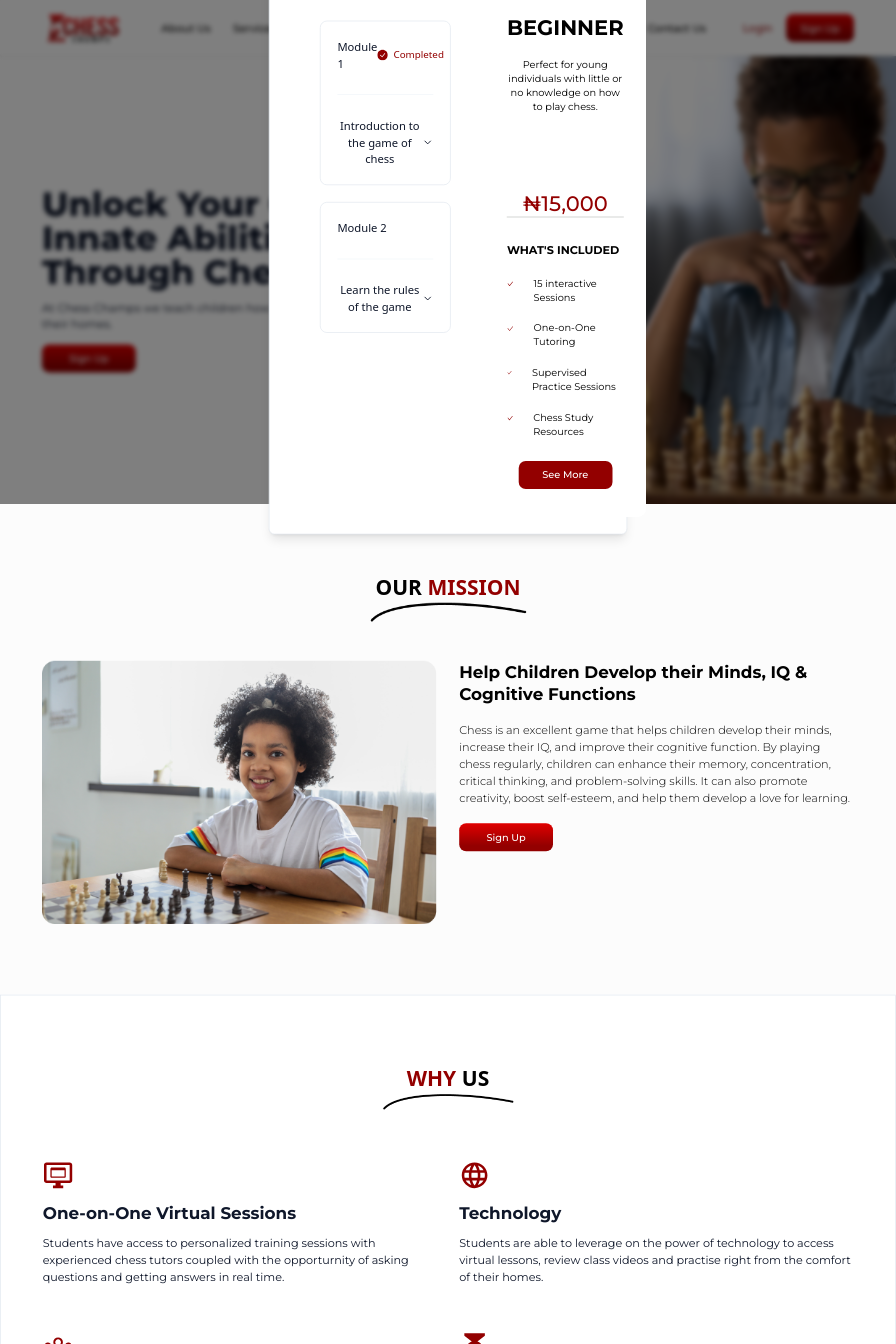
Repository: CelestinaUwajeh/chess-champ-fe
Page: /, after clicking the first element matching `button.w-\[134px\]`
An editor plug-in stored every save of this project. The page is shown before and after the next save, followed by the edit.
The browser window is 1280 px wide. The pictures show the part of the page from y = 0 to 1920 px (the page is 4303 px tall), at 70% of full size.
The project was rebuilt for these pictures with package versions that can differ from the ones it lists, and the page was loaded fresh each time. The framework's server and built-in components were replaced by stand-ins that run in the browser. Also part of the build but not shown: next.config.js, components/ui/button.tsx, app/(dashboard)/parent/child/[id]/progress/highlight.tsx, app/(dashboard)/parent/child/[id]/progress/attendance.tsx, components/ui/progress.tsx, app/(dashboard)/parent/child/[id]/progress/percentage.tsx, app/(dashboard)/parent/child/[id]/progress/points.tsx, app/(dashboard)/parent/child/[id]/progress/page.tsx.

Above is the page before, as saved 2023-08-09 21:29:03.

After the next save:
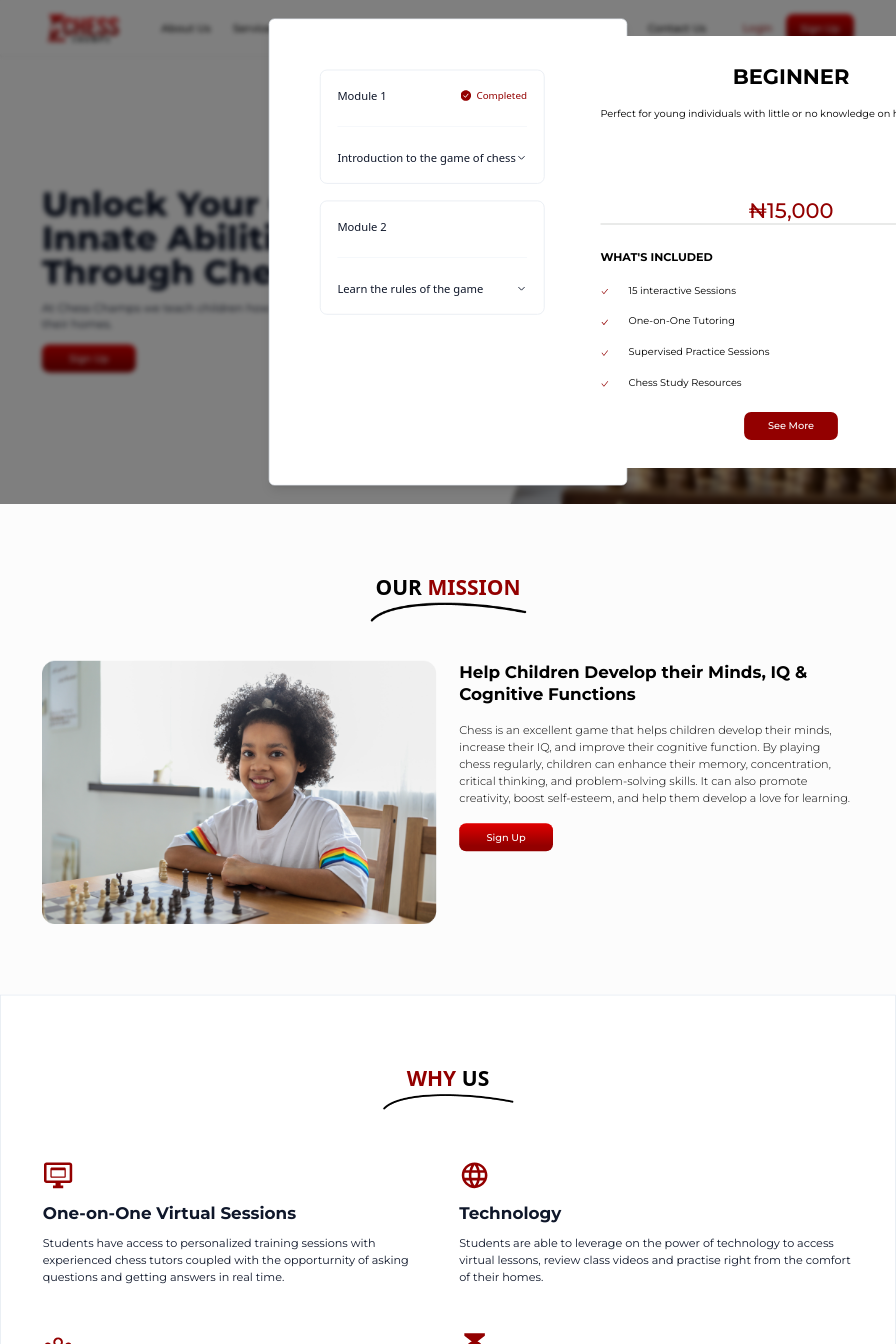
Saved 45 s later.
--- a/components/pricing-card/modal-content.tsx
+++ b/components/pricing-card/modal-content.tsx
@@ -9,7 +9,7 @@
 
 const ModalContent = ({ data }: PropType) => {
   return (
-    <div className="flex w-full">
+    <div className="flex w-[1120px]">
       <div>
         <Module modules={modules} />
       </div>

After the save that followed:
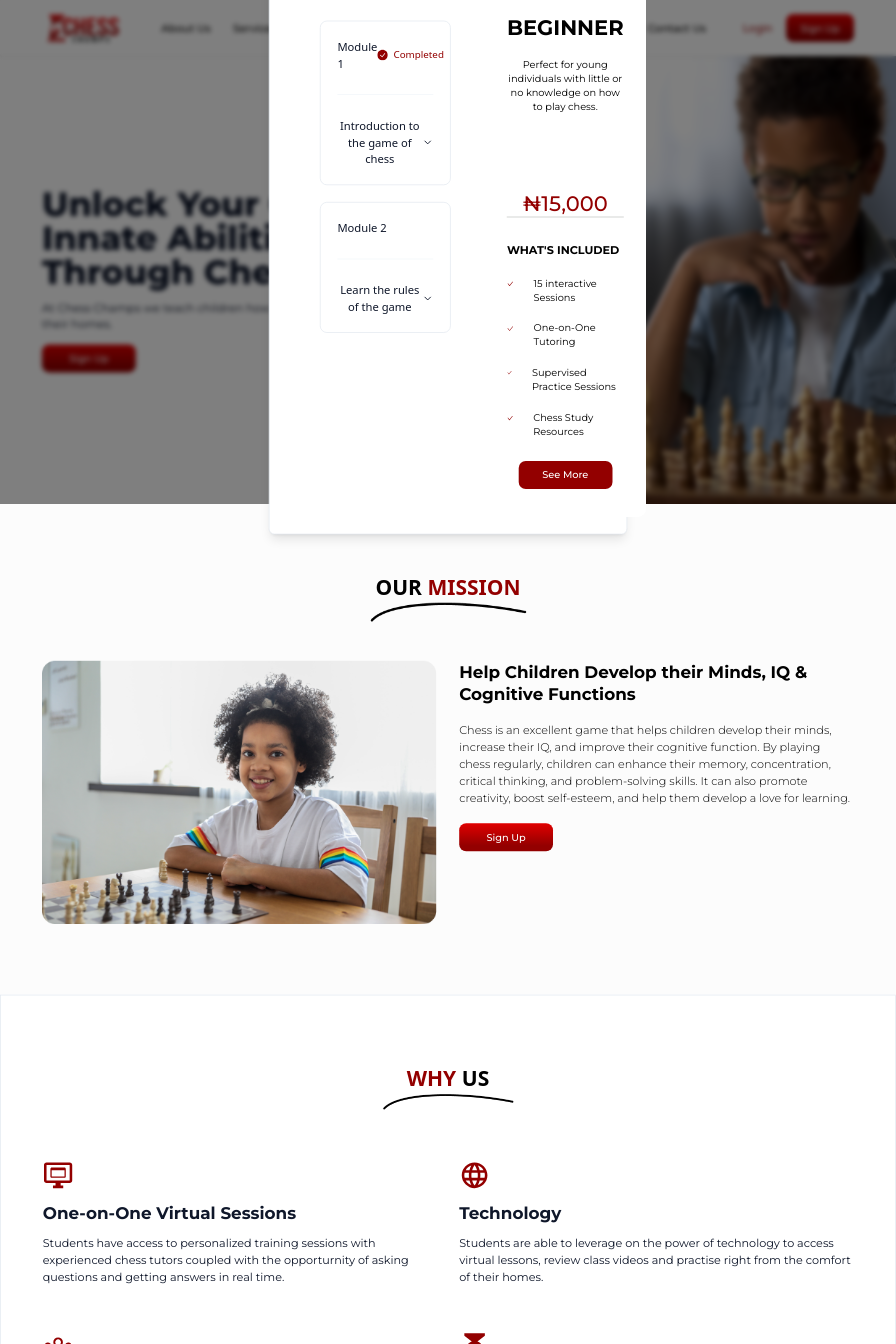
Saved 6 min 43 s later.
--- a/components/pricing-card/modal-content.tsx
+++ b/components/pricing-card/modal-content.tsx
@@ -9,7 +9,7 @@
 
 const ModalContent = ({ data }: PropType) => {
   return (
-    <div className="flex w-[1120px]">
+    <div className="flex">
       <div>
         <Module modules={modules} />
       </div>
